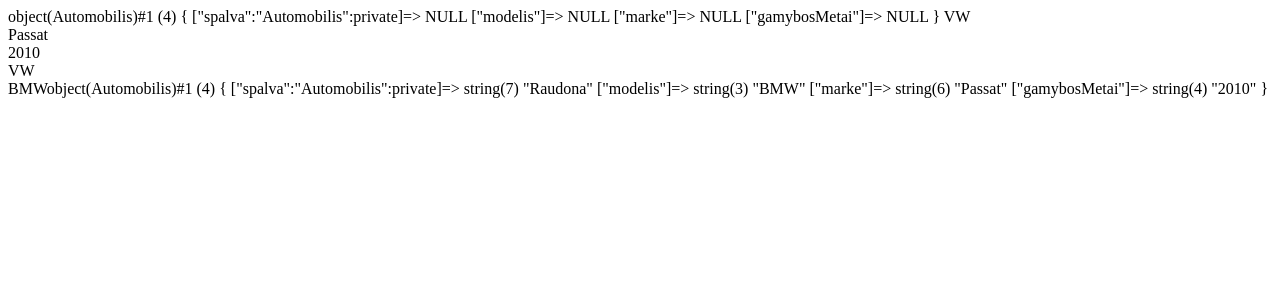
Repository: motiejus1/11-paskaita-PHP-05.31
Page: http://localhost/
An editor plug-in stored every save of this project. The page is shown before and after a run of saves, followed by the edit.
The browser window is 1280 px wide. The pictures show the whole page.
The page is run by PHP 8.4 with error messages shown; the project is at /var/www/html/.

Above is the page before, as saved 2021-08-09 18:49:10.

After the next 3 saves:
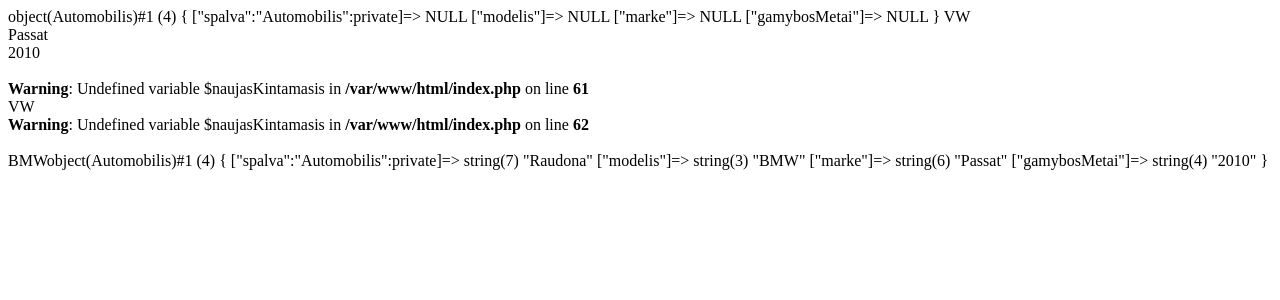
The 3 saves are shown as one change because they came seconds apart.
The last was saved 93 s later.
--- a/index.php
+++ b/index.php
@@ -55,6 +55,7 @@
     echo "<br>";
     echo $automobilis->gamybosMetai;
     echo "<br>";
+    echo $
 
     //ar as galiu padaryti taip?
     $naujasKintamasis = $automobilis->modelis;
